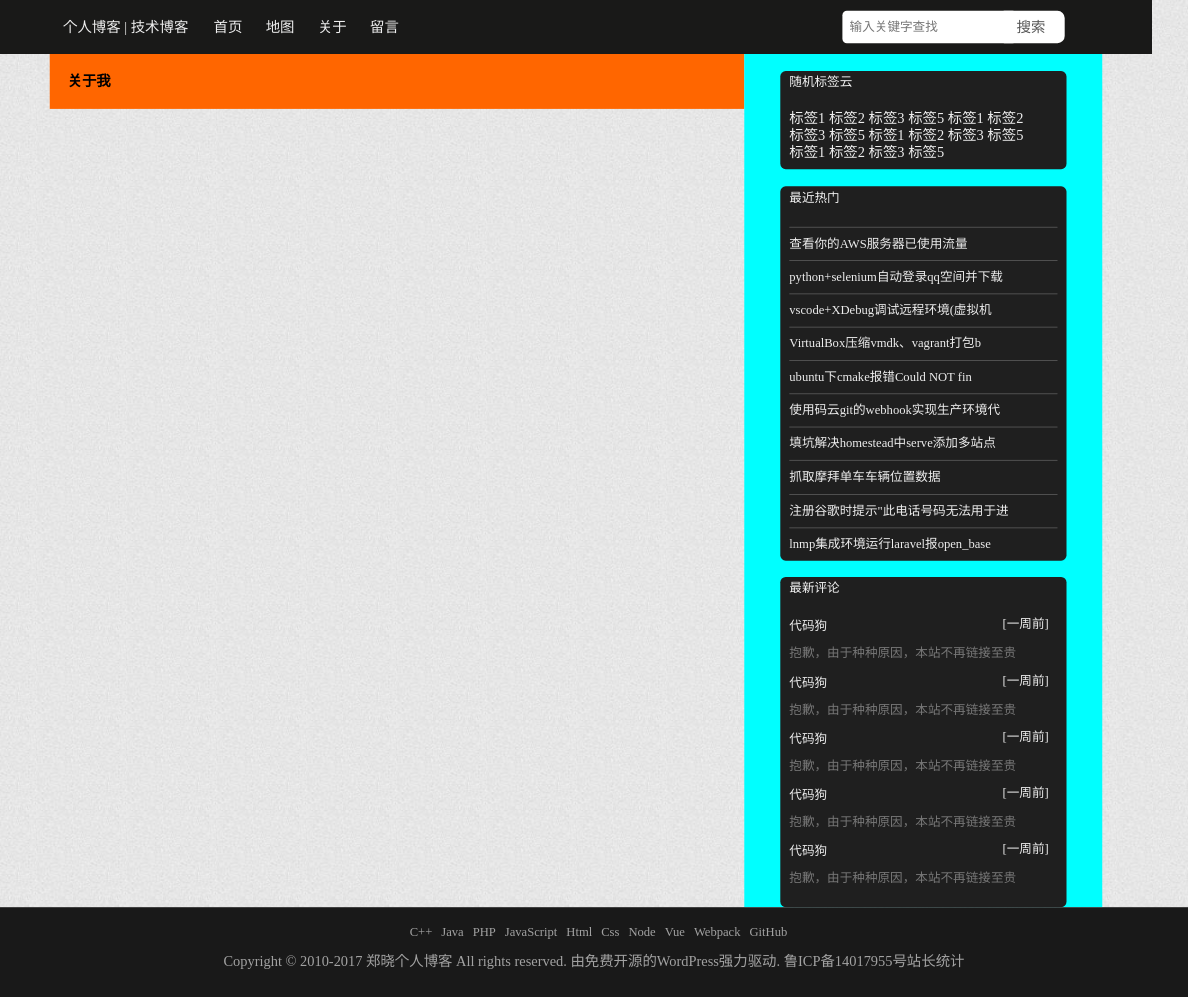
Repository: li1214/my_blog
Page: page/about.html
These files come from the project's save history. The page is drawn as it stood at one moment and after the next save; the edit follows.
The browser window is 1280 px wide. The page is 1320 px wide, so the pictures cover 1320 px, including what lies to the right of the window. The pictures show the whole page, at 90% of full size.

Above is the page before, as saved 2019-01-04 14:13:09.

### page/about.html
<!DOCTYPE html>
<html lang="en">

<head>
    <meta charset="UTF-8" />
    <meta name="viewport" content="width=device-width, initial-scale=1.0" />
    <meta http-equiv="X-UA-Compatible" content="ie=edge" />
    <title>个人博客</title>
    <link href="./css/base.css" rel="stylesheet" type="text/css" />
    <link href="./css/index.css" rel="stylesheet" type="text/css" />
</head>

<body>
    <header>
        <div class="container">
            <a>个人博客 | 技术博客</a>
            <ul>
                <li><a href="">首页</a></li>
                <li><a href="">地图</a></li>
                <li><a href="">关于</a></li>
                <li><a href="">留言</a></li>
            </ul>
            <div class="search">
                <input type="text" placeholder="输入关键字查找" />
                <button>搜索</button>
            </div>
        </div>
    </header>
    <div class="content">
        <div class="content-left">
            <div class='about'>
                <div class='about-me'>
                    <h4>关于我</h4>
                    <p></p>
                </div>
                <div class='about-blog'></div>
            </div>
            <div></div>
            <div>
                <form action="">

                </form>
            </div>
        </div>
        <div class="content-right">
            <div class="right-box">
                <h4>随机标签云</h4>
                <div class="contents">
                    <a>标签1</a> <a>标签2</a> <a>标签3</a> <a>标签5</a> <a>标签1</a>
                    <a>标签2</a> <a>标签3</a> <a>标签5</a> <a>标签1</a> <a>标签2</a>
                    <a>标签3</a> <a>标签5</a> <a>标签1</a> <a>标签2</a> <a>标签3</a>
                    <a>标签5</a>
                </div>
            </div>
            <div class="right-box" style="padding-bottom: 0;">
                <h4>最近热门</h4>
                <div class="contents">
                    <ul class="list-group">
                        <li class="list-group-item">
                            <a href="https://www.zh30.com/aws-ec2-cloudwatch.html">查看你的AWS服务器已使用流量</a>
                        </li>
                        <li class="list-group-item">
                            <a href="https://www.zh30.com/python-selenium-qqzone-album.html">python+selenium自动登录qq空间并下载</a>
                        </li>
                        <li class="list-group-item">
                            <a href="https://www.zh30.com/vscode-xdebug-remote-vagrant-php.html">vscode+XDebug调试远程环境(虚拟机</a>
                        </li>
                        <li class="list-group-item">
                            <a href="https://www.zh30.com/virtualbox-vmdk-vagrant-box.html">VirtualBox压缩vmdk、vagrant打包b</a>
                        </li>
                        <li class="list-group-item">
                            <a href="https://www.zh30.com/ubuntu-cmake-could-not-find-boost.html">ubuntu下cmake报错Could
                                NOT fin</a>
                        </li>
                        <li class="list-group-item">
                            <a href="https://www.zh30.com/webhook-git-pull.html">使用码云git的webhook实现生产环境代</a>
                        </li>
                        <li class="list-group-item">
                            <a href="https://www.zh30.com/homestead-serve-add-sites.html">填坑解决homestead中serve添加多站点</a>
                        </li>
                        <li class="list-group-item">
                            <a href="https://www.zh30.com/crawl-mobike-location.html">抓取摩拜单车车辆位置数据</a>
                        </li>
                        <li class="list-group-item">
                            <a href="https://www.zh30.com/google-register-phone-verification.html">注册谷歌时提示"此电话号码无法用于进</a>
                        </li>
                        <li class="list-group-item">
                            <a href="https://www.zh30.com/lnmp-laravel-open_basedir.html">lnmp集成环境运行laravel报open_base</a>
                        </li>
                    </ul>
                </div>
            </div>
            <div class="right-box">
                <h4>最新评论</h4>
                <div class="contents">
                    <div class='item'>
                        <div class='item-title'>
                            <span>代码狗</span>
                            <span class='spanr'>[一周前]</span>
                        </div>
                        <p class='item-comtebt'>
                            抱歉，由于种种原因，本站不再链接至贵
                        </p>
                    </div>
                    <div class='item'>
                        <div class='item-title'>
                            <span>代码狗</span>
                            <span class='spanr'>[一周前]</span>
                        </div>
                        <p class='item-comtebt'>
                            抱歉，由于种种原因，本站不再链接至贵
                        </p>
                    </div>
                    <div class='item'>
                        <div class='item-title'>
                            <span>代码狗</span>
                            <span class='spanr'>[一周前]</span>
                        </div>
                        <p class='item-comtebt'>
                            抱歉，由于种种原因，本站不再链接至贵
                        </p>
                    </div>
                    <div class='item'>
                        <div class='item-title'>
                            <span>代码狗</span>
                            <span class='spanr'>[一周前]</span>
                        </div>
                        <p class='item-comtebt'>
                            抱歉，由于种种原因，本站不再链接至贵
                        </p>
                    </div>
                    <div class='item'>
                        <div class='item-title'>
                            <span>代码狗</span>
                            <span class='spanr'>[一周前]</span>
                        </div>
                        <p class='item-comtebt'>
                            抱歉，由于种种原因，本站不再链接至贵
                        </p>
                    </div>
                </div>
            </div>
        </div>
    </div>
    <footer>
        <ul>
            <li>C++</li>
            <li>Java</li>
            <li>PHP</li>
            <li>JavaScript</li>
            <li>Html</li>
            <li>Css</li>
            <li>Node</li>
            <li>Vue</li>
            <li>Webpack</li>
            <li>GitHub</li>
        </ul>
        <p>Copyright © 2010-2017 郑晓个人博客 All rights reserved. 由免费开源的WordPress强力驱动. 鲁ICP备14017955号站长统计</p>
    </footer>
</body>

</html>

### page/css/base.css
html {line-height: 1.15; /* 1 */-webkit-text-size-adjust: 100%; /* 2 */}
body {margin: 0;}
@font-face{
    font-family: 'myicon';
    src: url('../font/glyphicons-halflings-regular.woff2')
}
ul{padding: 0}
main {
  display: block;
}
h1 {
  font-size: 2em;
  margin: 0.67em 0;
}
hr {
  box-sizing: content-box; /* 1 */
  height: 0; /* 1 */
  overflow: visible; /* 2 */
}
pre {
  font-family: monospace, monospace; /* 1 */
  font-size: 1em; /* 2 */
}
a {
  background-color: transparent;
}
abbr[title] {
  border-bottom: none; /* 1 */
  text-decoration: underline; /* 2 */
  text-decoration: underline dotted; /* 2 */
}
b,
strong {
  font-weight: bolder;
}
code,
kbd,
samp {
  font-family: monospace, monospace; /* 1 */
  font-size: 1em; /* 2 */
}
small {
  font-size: 80%;
}
sub,
sup {
  font-size: 75%;
  line-height: 0;
  position: relative;
  vertical-align: baseline;
}
sub {
  bottom: -0.25em;
}
sup {
  top: -0.5em;
}
img {
  border-style: none;
}
button,
input,
optgroup,
select,
textarea {
  font-family: inherit; /* 1 */
  font-size: 100%; /* 1 */
  line-height: 1.15; /* 1 */
  margin: 0; /* 2 */
}
button,
input { /* 1 */
  overflow: visible;
}
button,
select { /* 1 */
  text-transform: none;
}
button,
[type="button"],
[type="reset"],
[type="submit"] {
  -webkit-appearance: button;
}
button::-moz-focus-inner,
[type="button"]::-moz-focus-inner,
[type="reset"]::-moz-focus-inner,
[type="submit"]::-moz-focus-inner {
  border-style: none;
  padding: 0;
}
button:-moz-focusring,
[type="button"]:-moz-focusring,
[type="reset"]:-moz-focusring,
[type="submit"]:-moz-focusring {
  outline: 1px dotted ButtonText;
}
fieldset {
  padding: 0.35em 0.75em 0.625em;
}
legend {
  box-sizing: border-box; /* 1 */
  color: inherit; /* 2 */
  display: table; /* 1 */
  max-width: 100%; /* 1 */
  padding: 0; /* 3 */
  white-space: normal; /* 1 */
}
progress {
  vertical-align: baseline;
}
textarea {
  overflow: auto;
}

[type="checkbox"],
[type="radio"] {
  box-sizing: border-box; /* 1 */
  padding: 0; /* 2 */
}
[type="number"]::-webkit-inner-spin-button,
[type="number"]::-webkit-outer-spin-button {
  height: auto;
}

[type="search"] {
  -webkit-appearance: textfield; /* 1 */
  outline-offset: -2px; /* 2 */
}

[type="search"]::-webkit-search-decoration {
  -webkit-appearance: none;
}
::-webkit-file-upload-button {
  -webkit-appearance: button; /* 1 */
  font: inherit; /* 2 */
}
details {
  display: block;
}
summary {
  display: list-item;
}
template {
  display: none;
}
[hidden] {
  display: none;
}
a{text-decoration: none;}
/* ========================================================== css reset ========================================================== */

body {
    width: 100%;
    height: 100%;
    background-image: url(../image/bg.jpg);
    background-repeat: repeat;
    overflow-x: hidden;
}

header{
    width: 100%;
    height: 60px;
    background-color: #191918;
}
header .container {
    width:1170px;
    height: 100%;
    margin: 0 auto;
}
header .container>a{
    display: block;
    float: left;
    color: #eee;
    line-height: 60px;
    margin: 0 15px;
    font-size: 16px;
}
header .container>ul{
    float: left;
    margin: 0;
    padding: 0;
}
header .container>ul>li{
    display: inline-block;
    float: left;
}
header .container>ul>li a{
    color: #eee;
    display: inline-block;
    height: 60px;
    width: 58px;
    line-height: 60px;
    text-align: center;
}
header .container .search{
    float: right;
    height: 100%;
    position: relative;
    right: 117px;
}
header .container .search>input{
    display: inline-block;
    position: absolute;
    height: 26px;
    padding: 5px 8px;
    border-radius: 5px;
    border:none;
    outline: none;
    font-size: 14px;
    margin-top: 12px;
    left: -172px;
}
header .container .search > button{
    outline: none;
    display: inline-block;
    position: absolute;
    width: 75px;
    height: 36px;
    padding: 5px 10px;
    border-radius: 8px;
    margin-top: 12px;
    cursor: pointer;
    color: #555;
    background-color: white;
    border: none;
}
/* ============================================================== header end ===================================================================== */
.content {
    width: 1170px;
    margin: 0 auto;
    position: relative;
    overflow: hidden;
}
.content .content-left{
    float: left;
    width: 66%;
    box-sizing: border-box;
    padding: 0 20px;
    background: #f60;
}
.content .content-right{
    float: right;
    width: 34%;
    box-sizing: border-box;
    background-color: aqua;
}
.right-box{
    background-color: #1f1f1f;
    margin-top: 20px;
    width: 80%;
    margin: 0 auto;
    box-sizing: border-box;
    border-radius: 6px;
    padding-bottom: 10px;
}
.right-box>h4 {
    color: #f4f4f4;
    font-weight: normal;
    padding: 5px 10px;
    font-size: 14px;
}
.right-box .contents{
    color: #eee;
    padding: 0 10px 0px 10px;
}
/* .right-box .contents a::after{
    display: block;
    content: '';
    overflow: hidden;
    clear: both;
    position: absolute;
} */
.right-box .contents>a{
    display: inline-block;
}
.right-box .contents li{
    width: 100%;
    list-style: none;
    white-space:nowrap;
    overflow: hidden;
   text-overflow: ellipsis;
    border-top:1px solid #555;
}
.right-box .contents li a{
    font-size: 14px;
    display: inline-block;
    color: #eee;
    padding: 10px 0;
}
.right-box .item .item-title{position: relative;}
.right-box .item .item-title span{display: inline-block;font-size: 14px;font-weight: normal;}
.right-box .item .item-title span.spanr{
    position: absolute;
    right: 10px;
}
.right-box .item > p{color: #777;font-size: 14px;}


/* =====================================================================  footer start ================================================================= */

footer{
    width: 100%;
    height: 60px;
    background: #191919;
    text-align: center;
    padding: 20px;
}
footer ul{
    display: inline-block;
    margin:  0 auto;
    text-align: center;
}
footer ul li{
    display: inline-block;
    color: #a2a2a2;
    float: left;
    font-size: 14px;
    margin-left: 10px;
    cursor: pointer;
    text-align: center;
}
footer p {
    margin-top: 10px;
    color: #a2a2a2;
}

### page/css/index.css

.every-day{
    background-color: white;
    text-align: left;
    width: 100%;
    border-radius: 6px;
    padding: 5px 10px;
    box-shadow: 3px 4px 3px #888;
    margin-top: 25px;
}
.every-day span::before{
    font-family: myicon;
    content:'\e122';
    font-size: 14px;
    color: #f60;
    position: absolute;
    display: block;
    left: 90px;
}
.every-day > span{
    font-size: 14px;
    display: block;
    margin-bottom: 5px;
    color: slateblue;
}
.every-day > p{
    /* zuanwu */
}

.blog-list{
    width: 100%;
    position: relative;
}
.blog-list .blog{
    width: 100%;
    border:1px solid #333;
    border-radius: 6px;
    box-sizing: border-box;
    margin-top: 20px;
    box-shadow: 2px 2px 2px #333;
}
.blog-list .blog h3 {
    padding: 0 10px;
    color: #13102b;
    transition: color 0.5s;
}
.blog-list .blog h3:hover{color: #337ab7;cursor: pointer;}
.blog-list .blog p{padding: 0 10px;font-size: 14px;color: #1f1f1f;}
.blog-list .blog .blog-foot{
    background-color: #1f1f1f;
    padding: 5px 10px;
    color: #eee;
    font-size: 14px;
}

### page/css/about.css
.about-me > h4{
    display: inline-block;
    padding: 10px 0;
}

After the next save:
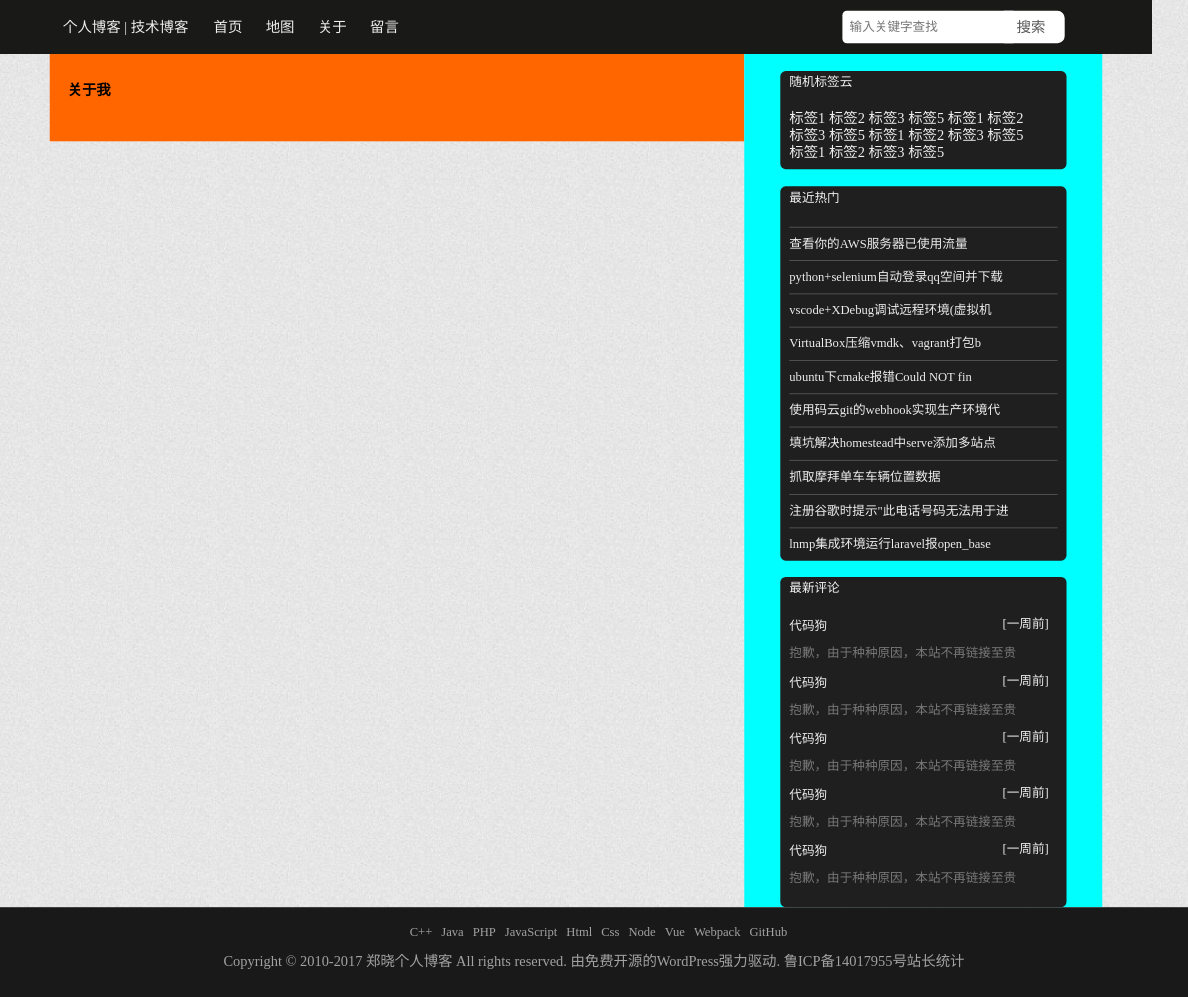
Saved 17 s later.
--- a/page/about.html
+++ b/page/about.html
@@ -7,7 +7,7 @@
     <meta http-equiv="X-UA-Compatible" content="ie=edge" />
     <title>个人博客</title>
     <link href="./css/base.css" rel="stylesheet" type="text/css" />
-    <link href="./css/index.css" rel="stylesheet" type="text/css" />
+    <link href="./css/about.css" rel="stylesheet" type="text/css" />
 </head>
 
 <body>
